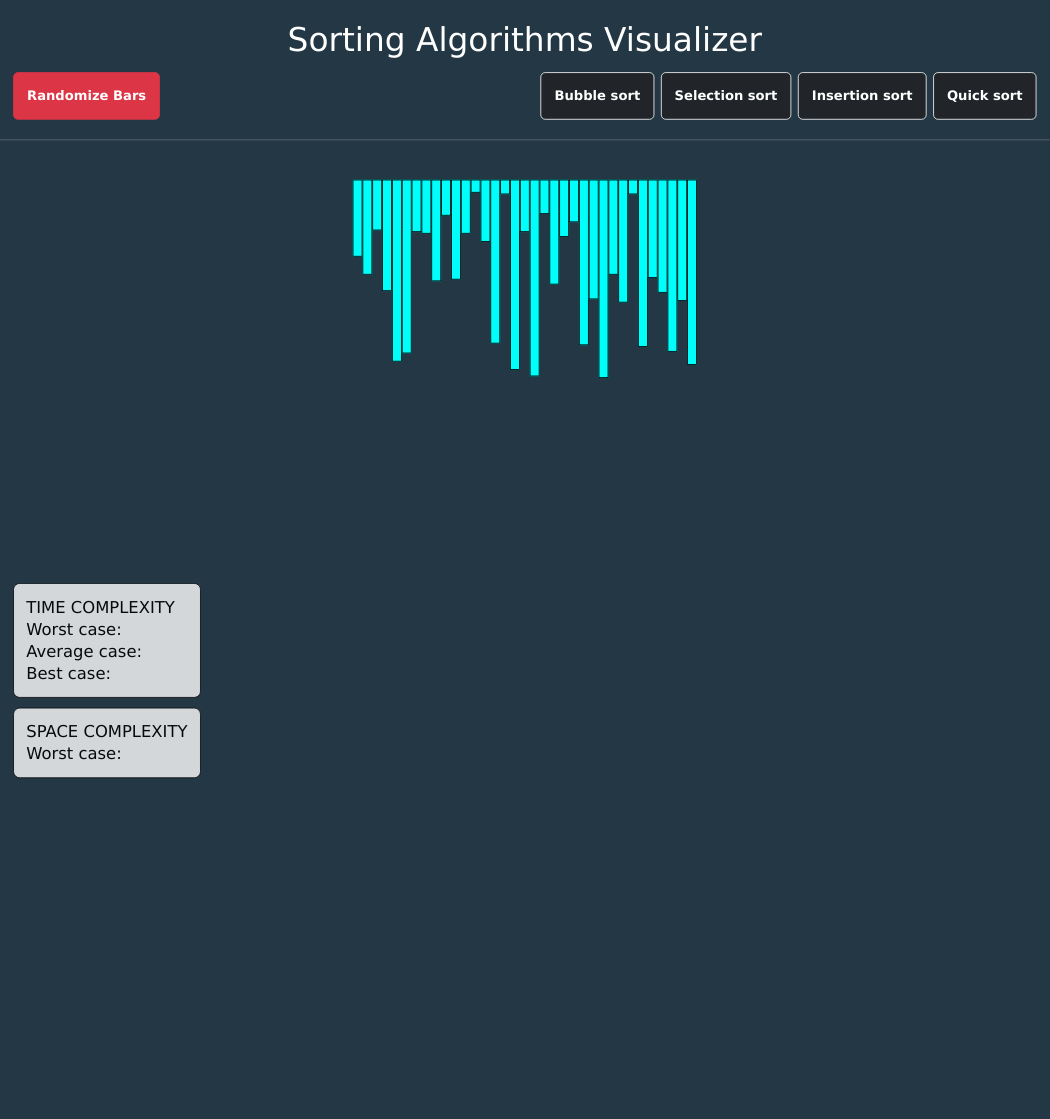
Repository: Vasil1001/Sorting-Algorithms-Visualizer-js
Page: views/index.html
An editor plug-in stored every save of this project. The page is shown before and after the next save, followed by the edit.
The browser window is 1280 px wide. The pictures show the whole page, at 82% of full size.

Above is the page before, as saved 2022-11-05 15:50:08.

After the next save:
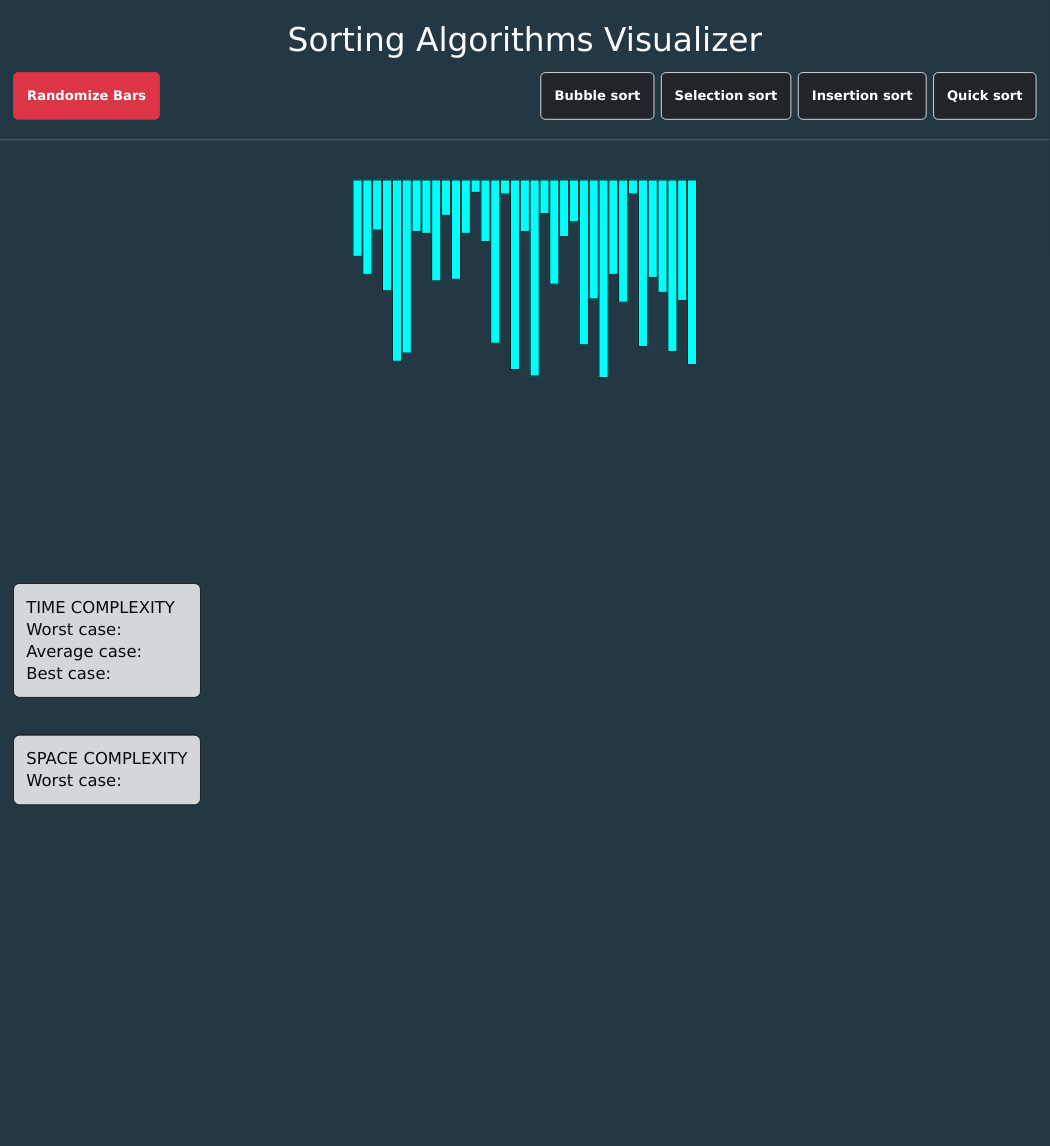
Saved 60 s later.
--- a/css/base.css
+++ b/css/base.css
@@ -36,7 +36,7 @@
     border: 1pt solid black;
     border-radius: 8px;
     padding: 15px;
-    margin-bottom: 12px;
+    margin-bottom: 45px;
 }
 
 h5 {

After the 2 saves that followed:
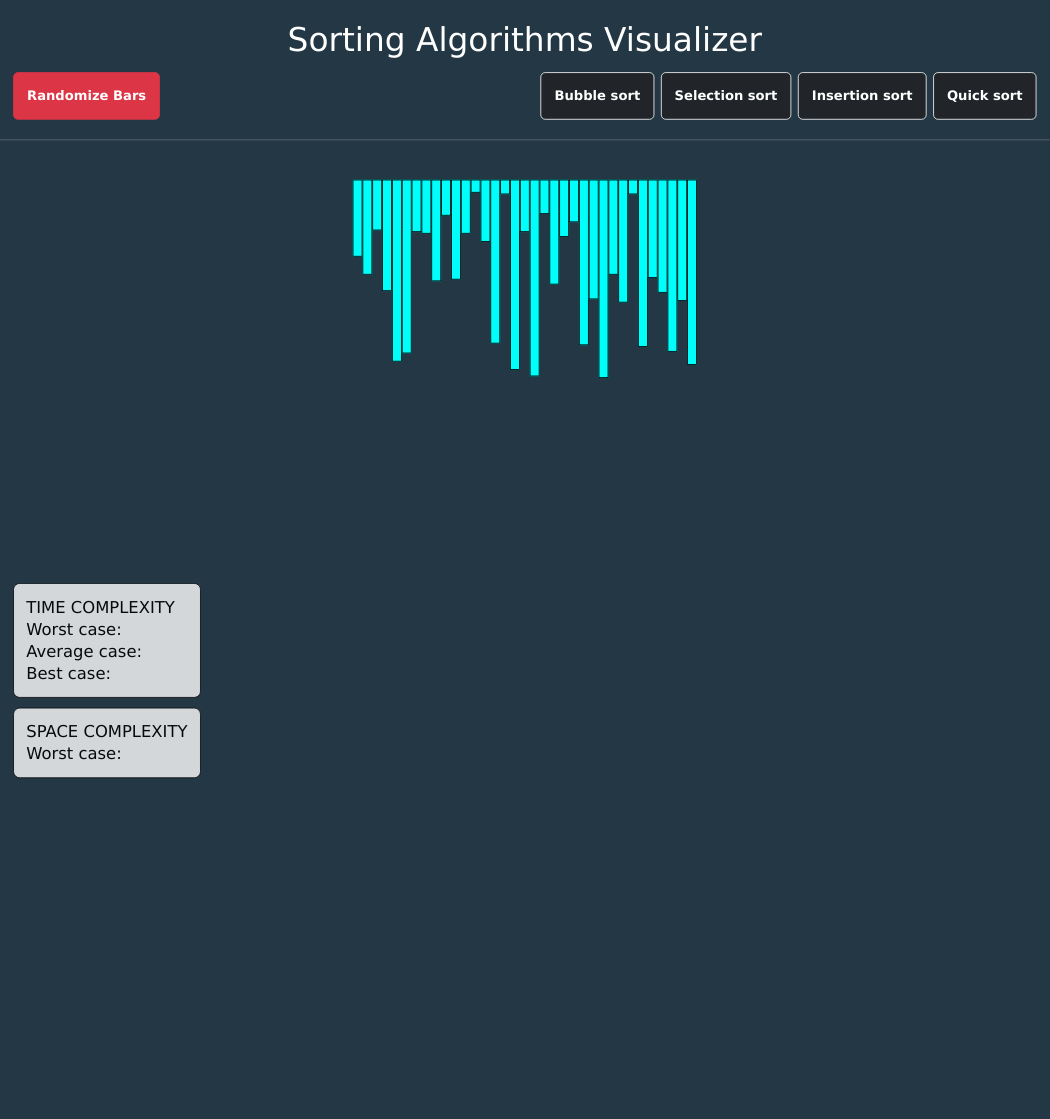
The 2 saves are shown as one change because they came seconds apart.
The last was saved 18 s later.
--- a/css/base.css
+++ b/css/base.css
@@ -36,8 +36,9 @@
     border: 1pt solid black;
     border-radius: 8px;
     padding: 15px;
-    margin-bottom: 45px;
+    margin-bottom: 12px;
 }
+
 
 h5 {
     display: inline;
